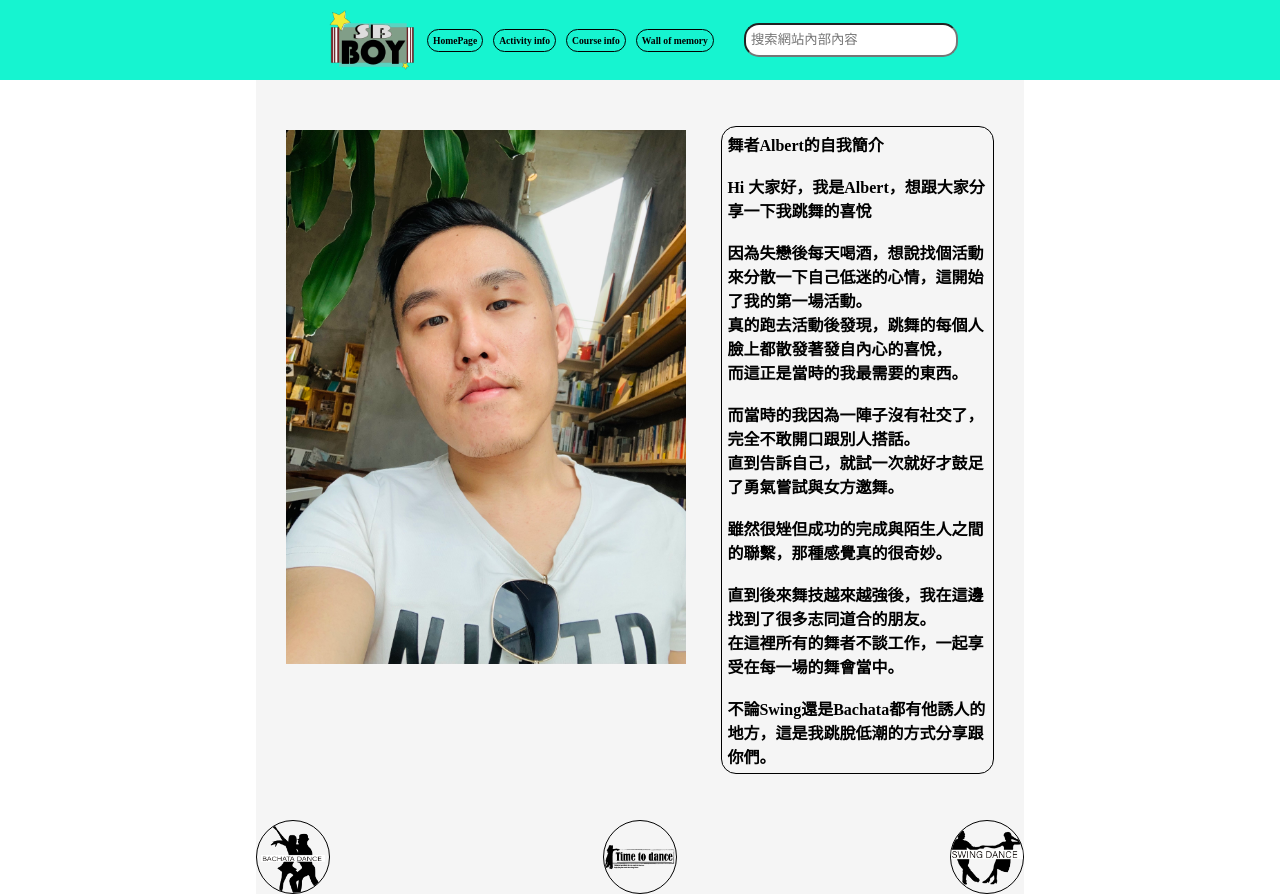
Repository: AlbertKoii/0718_Learning_Javascript
Page: aboutme/aboutme_try.html
These files come from the project's save history. The page is drawn as it stood at one moment and after a run of saves; the edit follows.
The browser window is 1280 px wide. The pictures show the whole page.

Above is the page before, as saved 2023-07-26 13:36:56.
Not found: aboutme/script.js

After the next 2 saves:
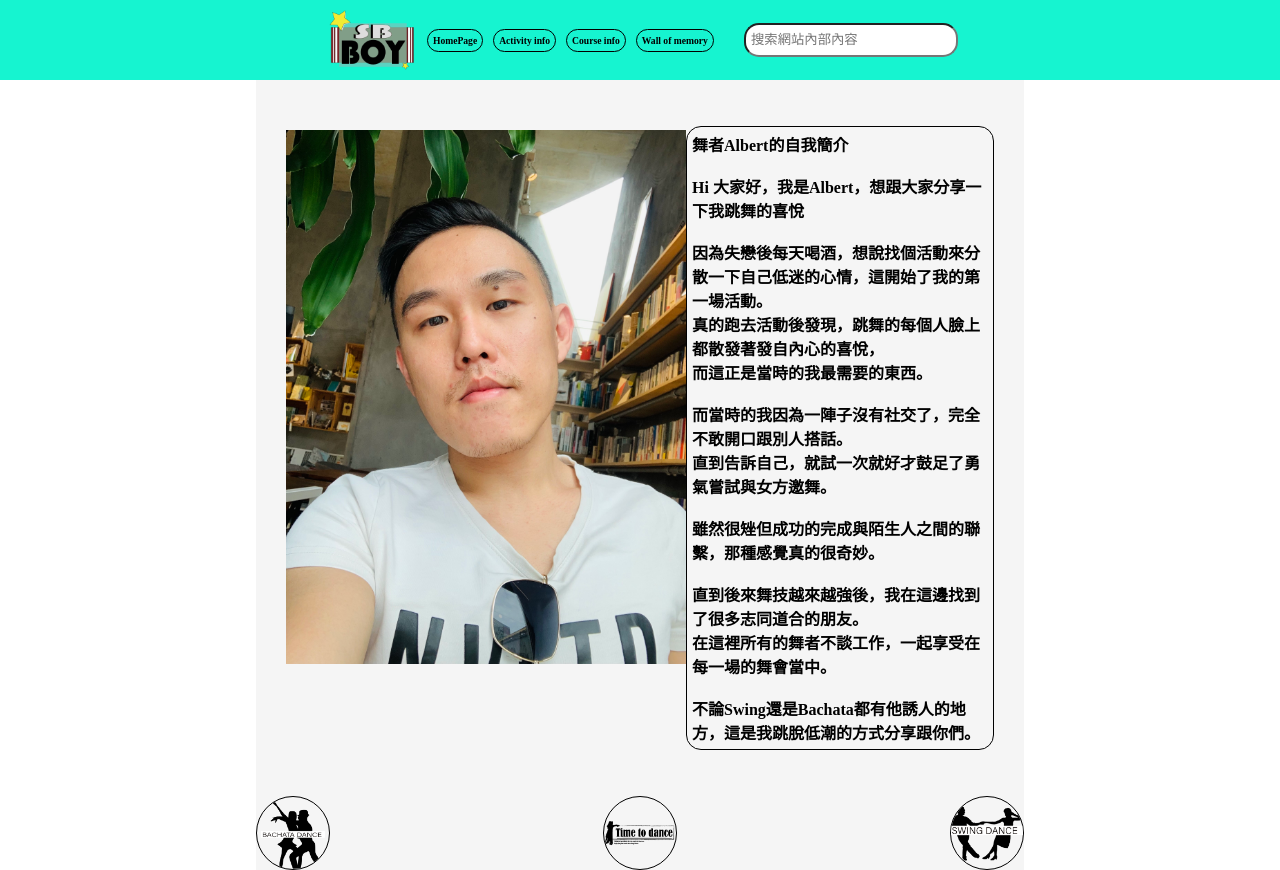
The 2 saves are shown as one change because they came seconds apart.
The last was saved 12 s later.
--- a/aboutme/aboutme.try.css
+++ b/aboutme/aboutme.try.css
@@ -73,7 +73,7 @@ html, body{
     object-fit: cover;
 }
 .right {
-    width: 70em;
+    width:fit-content
     margin-left: 5%;
 
     }
